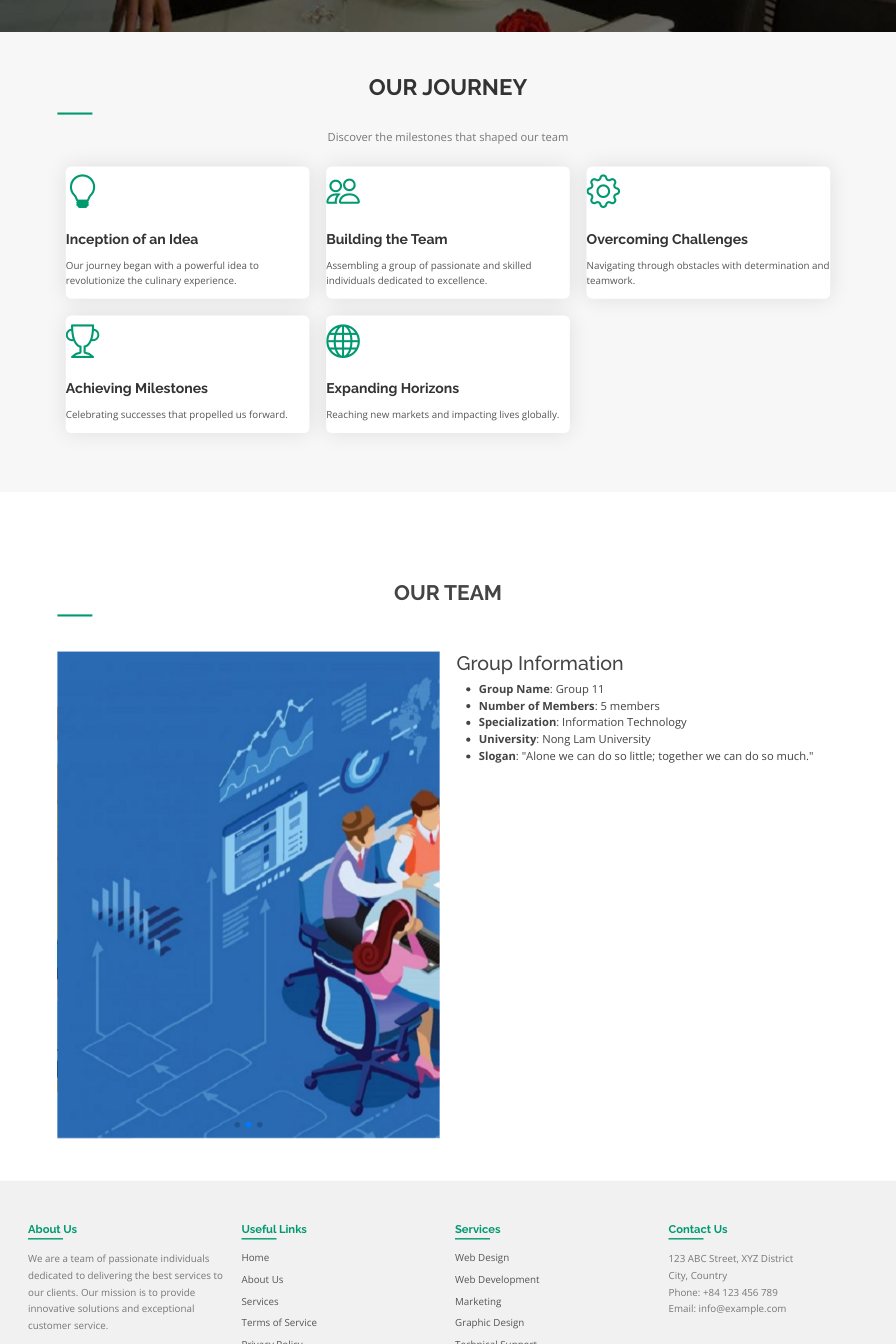
Repository: HoangKhangKhuPho4/Group_Web
Page: index.html
These files come from the project's save history. The page is drawn as it stood at one moment and after the next save; the edit follows.
The browser window is 1280 px wide. The pictures show the part of the page from y = 674 to 2594 px (the page is 2828 px tall before and 3524 px after), at 70% of full size.
Backgrounds fixed to the window are drawn as part of the page.

Above is the page before, as saved 2024-10-20 00:22:24.

After the next save:
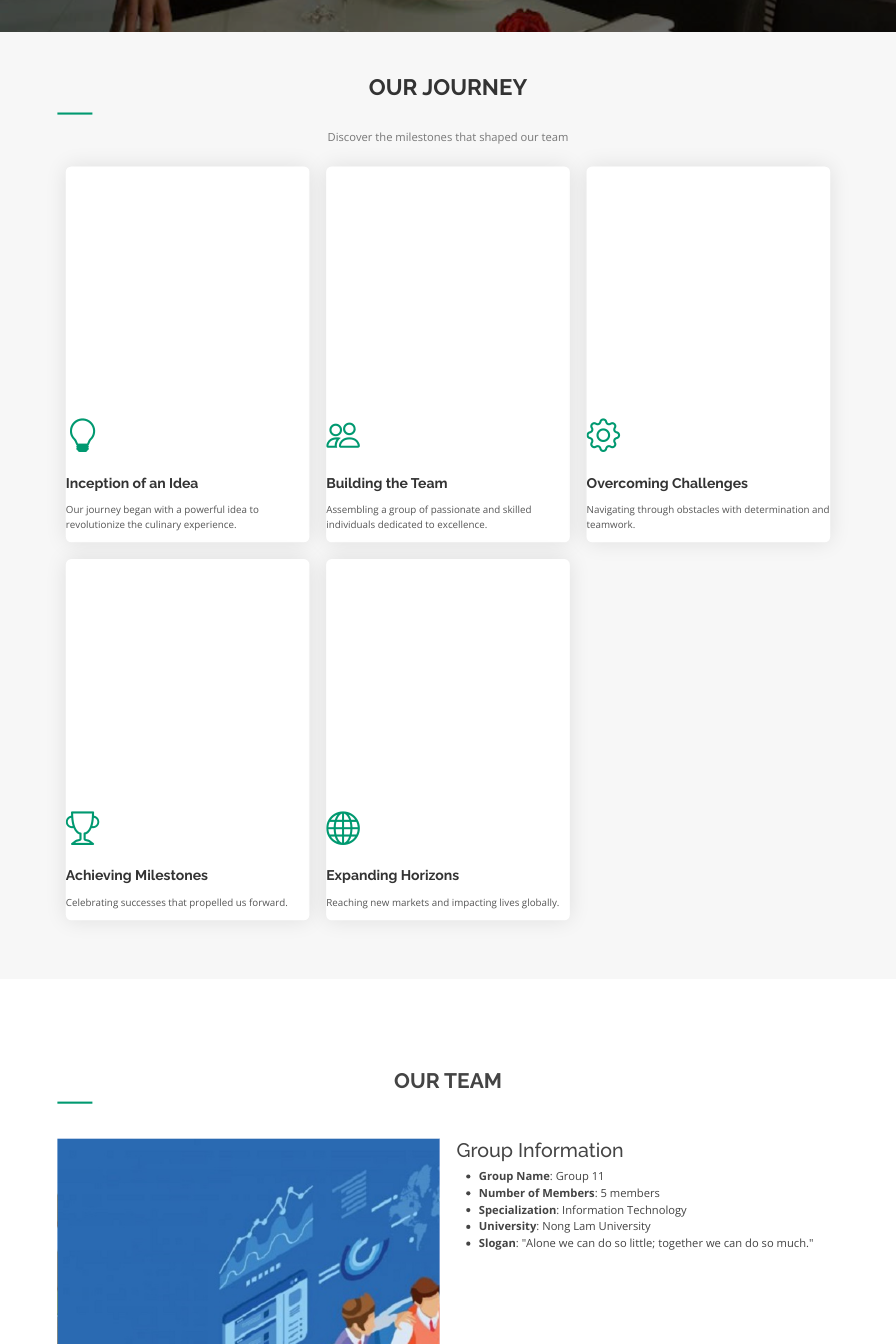
Saved 19 s later.
--- a/assets/css/style.css
+++ b/assets/css/style.css
@@ -589,6 +589,13 @@ section {
     transform: translateY(-10px);
   }
 
+
+  .story-item::before {
+    content: "";
+    display: block;
+    padding-top: 100%; /* Tạo hình vuông */
+  }
+
 .story-item .icon {
     margin: 0 auto 20px;
     font-size: 48px;
